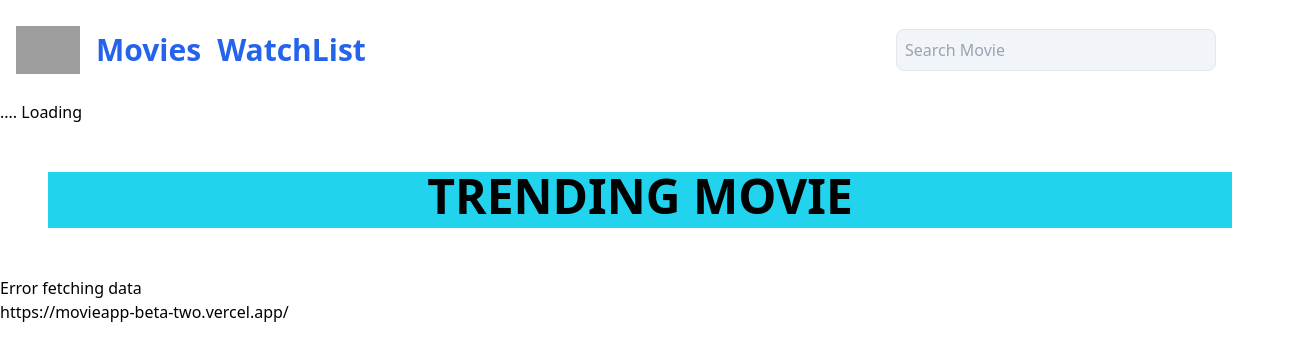
Repository: swapnil0663/MovieApp
Page: /
These files come from the project's save history. The page is drawn as it stood at one moment and after the next save; the edit follows.
The browser window is 1280 px wide. The page is 1296 px wide, so the pictures cover 1296 px, including what lies to the right of the window. The pictures show the whole page.
Pictures or frames that could not be fetched are drawn as grey boxes. The page's requests for data from a server got no answer. Some web fonts or font styles are not loaded; a fallback is used. The project was rebuilt for these pictures with package versions that can differ from the ones it lists, and the page was loaded fresh each time. No one was signed in, and anything a server would have sent is missing. Also part of the build but not shown: vite.config.js, src/Components/Paging.jsx, src/Components/MovieCard.jsx, src/Components/WatchList.jsx.

Above is the page before, as saved 2025-01-04 00:07:38.

### index.html
<!doctype html>
<html lang="en">
  <head>

    <meta charset="UTF-8" />
    <link rel="stylesheet" href="https://cdnjs.cloudflare.com/ajax/libs/font-awesome/6.7.0/css/all.min.css" integrity="sha512-9xKTRVabjVeZmc+GUW8GgSmcREDunMM+Dt/GrzchfN8tkwHizc5RP4Ok/MXFFy5rIjJjzhndFScTceq5e6GvVQ==" crossorigin="anonymous" referrerpolicy="no-referrer" />
    <link rel="icon" type="image/svg+xml" href="/vite.svg" />
    <meta name="viewport" content="width=device-width, initial-scale=1.0" />
    <title>Movies</title>
    <link rel="stylesheet" href="https://rsms.me/inter/inter.css">

  </head>
  <body>
    <div id="root"></div>
    <script type="module" src="/src/main.jsx"></script>
  </body>
</html>


https://movieapp-beta-two.vercel.app/

### src/main.jsx
import { StrictMode } from "react";
import { createRoot } from "react-dom/client";
import { Provider } from "react-redux";
import "./index.css";
import App from "./App.jsx";
import store from "./redux/store";

createRoot(document.getElementById("root")).render(
  <StrictMode>
    <Provider store={store}>
      <App />
    </Provider>
  </StrictMode>
);

### src/index.css
@tailwind base;
@tailwind components;
@tailwind utilities;

/*
* {
    margin: 0;
    padding: 0;
    box-sizing: border-box;
}  */

### src/App.jsx
import { BrowserRouter, Routes, Route } from "react-router-dom";
import { useState, useEffect } from "react";
import "./App.css";
import Banner from "./Components/Banner";
import Movie from "./Components/Movie";
import Navbar from "./Components/Navbar";
import WatchList from "./Components/WatchList";
import TBan from "./Components/TBan";
import MovieContext from "./Context/MovieContext";

function App() {
  const [watchList, setWatchList] = useState(
    JSON.parse(localStorage.getItem("watchList")) || []
  );

  const addToWatchList = (movieToadd) => {
    const newWatchList = [...watchList, movieToadd];
    setWatchList(newWatchList);
  };

  const removeFromWatchList = (movieToRemove) => {
    const newWatchList = watchList.filter(
      (movieObj) => movieObj.id !== movieToRemove.id
    );
    setWatchList(newWatchList);
  };

  useEffect(() => {
    localStorage.setItem("watchList", JSON.stringify(watchList));
  }, [watchList]);

  return (
    <BrowserRouter>
      <Navbar />

      <MovieContext.Provider
        value={{ watchList, addToWatchList, removeFromWatchList, setWatchList }}
      >
        <Routes>
          <Route
            path="/"
            element={
              <>
                <Banner />
                <TBan />
                {/* <PagingContext.Provider
                  value={{ pageno, handleprev, handlenext }}
                > */}
                  <Movie
                  // watchList={watchList}
                  // addToWatchList={addToWatchList}
                  // removeFromWatchList={removeFromWatchList}
                  />
                {/* </PagingContext.Provider> */}
              </>
            }
          />
          <Route
            path="/watchList"
            element={
              <WatchList
              // movies = {watchList}
              // removeFromWatchList = {removeFromWatchList}
              // setWatchList={setWatchList}
              />
            }
          />
        </Routes>
      </MovieContext.Provider>
    </BrowserRouter>
  );
}

export default App;

// https://api.themoviedb.org/3/movie/popular?language=en-US&page=1
// API -> 14915bb7694a0701b51a3b7146b944e2

### src/redux/store.js
import { configureStore } from "@reduxjs/toolkit";
import PagingSlice from "./PagingSlice";
import movieSlice from "./Movies/movieSlice";

const store = configureStore({
    reducer: {
        pagingState : PagingSlice.reducer,
        movieState : movieSlice.reducer,
    }
})

export default store;

### src/Components/Banner.jsx
import axios from 'axios';
import { useEffect } from 'react';
import { useState } from 'react';
import { BASE_URL } from '../utils/BaseUrl';


export default function Banner(){
    const [trendingMovie,serTrendingMovie] = useState(null);

   useEffect (() => {
    axios.get('https://api.themoviedb.org/3/trending/movie/day?api_key=14915bb7694a0701b51a3b7146b944e2')
    .then(function(res){
        let randomMovies = res.data.results[Math.floor(Math.random()*20)];
        serTrendingMovie(randomMovies);
    })
   },[]);

    if(!trendingMovie) {
        return (<h1> .... Loading</h1>)
    }

    return (
        <div className="relative ">
            <img  className="h-[32rem] w-3/4 rounded-[2rem] flex items-self-center justify-self-center" alt="Image Not Found " src={BASE_URL + trendingMovie.backdrop_path} />
            <p className="bg-[#111827b3] w-full text-center absolute left-[50%] h-14 bottom-0 text-white text-5xl translate-x-[-50%]">{trendingMovie.title}</p>

        </div>
    )
}

### src/Components/Movie.jsx
import { BASE_URL } from "../utils/BaseUrl";
import { useEffect, useContext } from "react";
import Paging from "./Paging";
import MovieCard from "./MovieCard";
import MovieContext from "../Context/MovieContext";
import { useDispatch, useSelector } from "react-redux";
import movieThung from "../redux/Movies/movieThung";

export default function Movie() {
  const { watchList } = useContext(MovieContext);
  const { pageno } = useSelector((store) => store.pagingState);
  const { movies, isLoading, error } = useSelector((store) => store.movieState);
  const dispatch = useDispatch();

  useEffect(() => {
    dispatch(movieThung(pageno));
  // eslint-disable-next-line react-hooks/exhaustive-deps
  }, [pageno]);

  if (isLoading) {
    return (
      <h1
        style={{
          display: "flex",
          alignItems: "center",
          justifyContent: "center",
        }}
      >
        {" "}
        ... Loading{" "}
      </h1>
    );
  }
  if (error) {
    return <h1>Error fetching data</h1>;
  }

  return (
    <>
      <div className="flex flex-wrap justify-evenly">
        {movies.map((movie) => {
          return (
            <MovieCard
              key={movie.id}
              movie={movie}
              fav={watchList.some((movieObj) => movieObj.id === movie.id)}
              title={movie.title}
              poster={BASE_URL + movie.backdrop_path}
            />
          );
        })}
      </div>

      <Paging />
    </>
  );
}

### src/Components/Navbar.jsx
import { useEffect, useState } from "react";
import { Link } from "react-router-dom";

export default function Navbar() {
  const [search, setSearch] = useState("");

  useEffect(() => {

  },[search])
  return (
    <div className="flex items-center m-4 w-screen justify-between">
      <div className="flex items-center">
        <img
          className="h-12"
          src="https://www.freeiconspng.com/thumbs/movie-icon/movie-icon-24.png"
        />
        <Link className="m-4 text-blue-600 text-3xl font-bold" to="/">
          {" "}
          Movies{" "}
        </Link>
        <Link className="text-blue-600 text-3xl font-bold" to="/watchList">
          {" "}
          WatchList
        </Link>
      </div>
      <input
      value={search}
        className=" w-[20rem] bg-slate-100 border p-2 mx-20 rounded-lg"
        type="text"
        placeholder="Search Movie"
        onChange={(e) => {
            setSearch(e.target.value);
        }}
      />
    </div>
  );
}

### src/Components/TBan.jsx
export default function TBan(){
    return (
        <h1 className='m-12 bg-cyan-400 h-14 left-[50%] text-center tanslate-x-[-50%] font-bold text-5xl'> TRENDING MOVIE </h1>
    )
}

### src/Context/MovieContext.js
import { createContext }   from 'react';

const MovieContext = createContext();

export default MovieContext;

### src/redux/PagingSlice.js
import { createSlice } from "@reduxjs/toolkit";

const PagingSlice = createSlice({
    name : "PagingSlice",
    initialState : {
        pageno : 1,
    },
    reducers : {
        handleprev : (State) => {
            if(State.pageno > 1){
                State.pageno -= 1;
            }
        },
        handlenext : (state) => {
            state.pageno += 1;
        }
    }
})

export default PagingSlice;

### src/redux/Movies/movieSlice.js
import { createSlice } from "@reduxjs/toolkit";

    const movieSlice = createSlice({
        name : 'movieSlice',
        initialState : {
            movies : [],
            isLoading : true,
            error : false
        },
        reducers : {
            setMovies : (state, descObj) => {
                state.movies = descObj.payload;
                state.isLoading = false;
                state.error = false;
            },
            setLoading : (state) => {
                state.isLoading = true;
                state.error = false;
                state.movies = [];
            },
            setError : (state) => {
                state.error = true;
                state.isLoading = false;
                state.movies = [];
            }
        }
    })

    export default movieSlice;

### src/utils/BaseUrl.jsx

export const BASE_URL = 'https://image.tmdb.org/t/p/w500/';

export const ALL_GENERE = "All Genere"

export const GENRES_TO_MAPPING = {
    28: "Action",
    12: "Adventure",
    16: "Animation",
    35: "Comedy",
    80: "Crime",
    99: "Documentary",
    18: "Drama",
    10751: "Family",
    14: "Fantasy",
    36: "History",
    27: "Horror",
    10402: "Music",
    9648: "Mystery",
    10749: "Romance",
    878: "Science Fiction",
    10770: "TV Movie",
    53: "Thriller",
    10752: "War",
    37: "Western"
};

### src/redux/Movies/movieThung.js
import movieSlice from "./movieSlice";
import axios from "axios";
const action = movieSlice.actions;
export default function movieThung(pageno) {
  return async function (dispatch) {
    try {
      dispatch(action.setLoading());
      const res = await axios.get(
        `https://api.themoviedb.org/3/trending/movie/day?api_key=14915bb7694a0701b51a3b7146b944e2&page=${pageno}`
      );
      dispatch(action.setMovies(res.data.results));
    // eslint-disable-next-line no-unused-vars
    } catch (error) {
      dispatch(action.setError());
    }
  };
}

Loaded but not shown: src/App.css (common file); tailwind.config.js (common file)

After the next save:
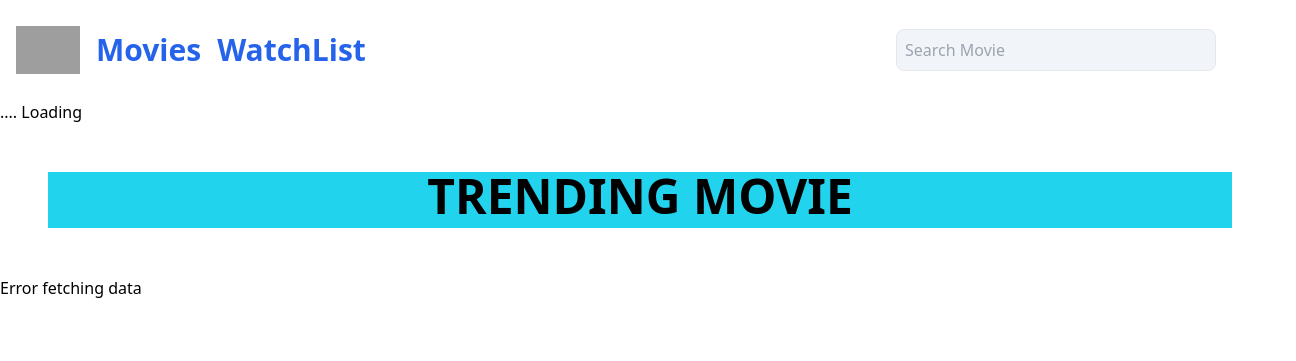
Saved 4 s later.
--- a/index.html
+++ b/index.html
@@ -15,6 +15,3 @@
     <script type="module" src="/src/main.jsx"></script>
   </body>
 </html>
-
-
-https://movieapp-beta-two.vercel.app/
